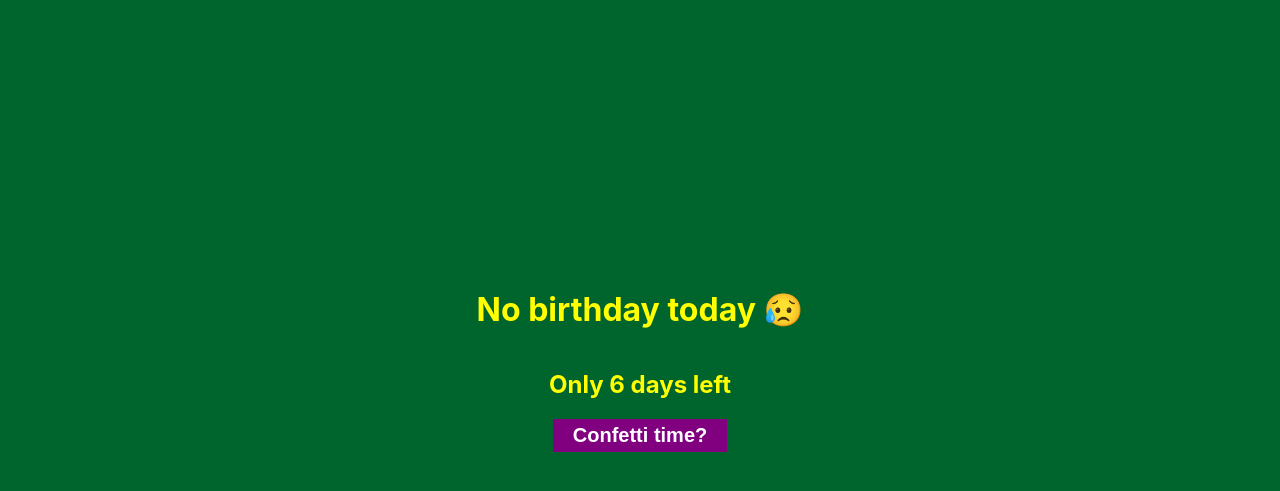
Repository: David-Waite/HannahsBirthdayWebsite
Page: /
These files come from the project's save history. The page is drawn as it stood at one moment and after the next save; the edit follows.
The browser window is 1280 px wide. The pictures show the whole page.
The project was rebuilt for these pictures with package versions that can differ from the ones it lists, and the page was loaded fresh each time.

Above is the page before, as saved 2023-03-30 18:21:37.

After the next save:
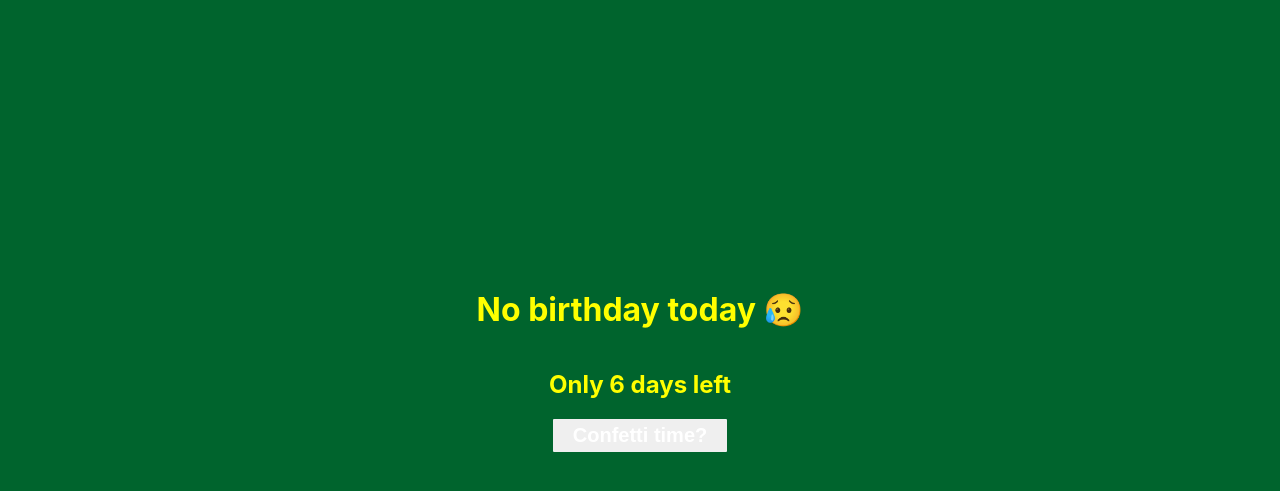
Saved 31 s later.
--- a/src/index.css
+++ b/src/index.css
@@ -21,7 +21,7 @@ body {
 button {
   border: none;
   padding: 5px 20px;
-  background-color: purple;
+  background-color: DA291C;
   color: white;
   font-size: 20px;
   border-radius: 1px;
